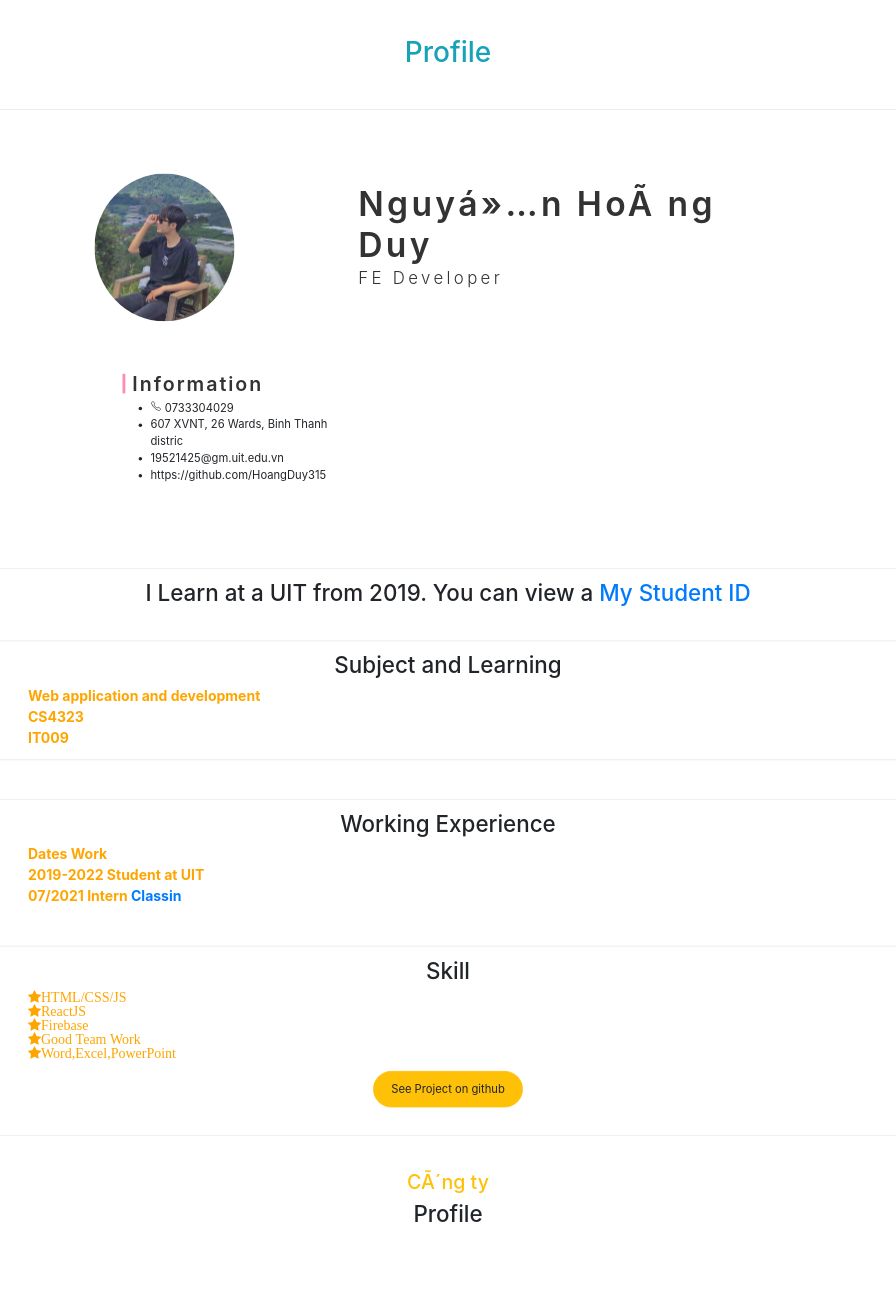
Repository: HoangDuy315/HW_TVK
Page: cv.html
The author's editor kept a copy of each file at every save. The page is drawn from the files as they stood at one save, then again after the next save.
The browser window is 1280 px wide. The pictures show the whole page, at 70% of full size.

Above is the page before, as saved 2022-09-25 18:28:14.

### cv.html
<html>
    <head>
        <title>GnahYuD</title>
        <link rel="SHORTCUT ICON" href="images/cormen-tiny.jpg">
        <script charset="utf-8" src="https://platform.twitter.com/js/button.c6c95b9789db97ea1e9742d215fff751.js"></script>
        <link rel="stylesheet" href="cv.css">
        <link rel="stylesheet" href="https://cdnjs.cloudflare.com/ajax/libs/font-awesome/4.7.0/css/font-awesome.min.css">
        <link rel="stylesheet" href="https://cdn.jsdelivr.net/npm/bootstrap@4.6.2/dist/css/bootstrap.min.css" integrity="sha384-xOolHFLEh07PJGoPkLv1IbcEPTNtaed2xpHsD9ESMhqIYd0nLMwNLD69Npy4HI+N" crossorigin="anonymous">
    </head>
    <body text="#000068" link="#060FDF" vlink="#060FDF" alink="#DC24C5">
    <section id="Profile">
        <div class="container">
            <div class="row">
                <div class="col-12 text-center">
                    <h1 class="text-info fw-bold">Profile</h3>
                </div>
            </div>
    </section>
    <hr>
    <div class="bdy">
        <div class="container">
            <div class="top">
                <div class="imgbx">
                    <div class="box">
                        <img src="/123.JPG" class="duy" alt="">
                    </div>
                </div>
                <div class="profile">
                    <h3>Nguyễn Hoàng Duy<br><span>FE Developer</span></h3>
                </div>
            </div>
            <div class="contentBox">
                <div class="leftSide">
                    <h3>Information</h3>
                    <ul>
                        <li>
                            <span class="icon"><ion-icon name="call-outline"></ion-icon></span>
                            <span class="text">0733304029</span>
                        </li>
                        <li>
                            <span class="icon"></span>
                            <span class="text">607 XVNT, 26 Wards, Binh Thanh distric</span>
                        </li>
                        <li>
                            <span class="icon"></span>
                            <span class="text">19521425@gm.uit.edu.vn</span>
                        </li>
                        <li>
                            <span class="icon"></span>
                            <span class="text">https://github.com/HoangDuy315</span>
                        </li>
                    </ul>
                </div>
                <div class="rightSide"></div>
            </div>
        </div>
    </div>

    <hr class="ms-5">
        <h2 class="yud">I Learn at a UIT from 2019.  You can view a <a href="https://student.uit.edu.vn/">My Student ID</a></h2>
    </hr>
    <br>
    <hr>
        <h2 class="hi">Subject and Learning</h2>
        <ul class="fs">
            <li >Web application and development</li>
            <li >CS4323</li>
            <li >IT009</li>
        </ul>

    <hr>
    <br>
    <hr>
        <h2 class="yud">Working Experience</h2>
        <ul class="fs">
            <li>Dates Work</li>
            <li>2019-2022 Student at UIT</li>
            <li>07/2021 Intern  <a href="https://www.classin.com/">Classin</a></li>
        </ul>
    </hr>
    <br>
    <hr>
        <h2 class="yud">Skill</h2>
        <ul class="fs">
            <li class="fa fa-star checked">HTML/CSS/JS</li><br>
            <li class="fa fa-star checked">ReactJS</li><br>
            <li class="fa fa-star checked">Firebase</li><br>
            <li class="fa fa-star checked">Good Team Work</li><br>
            <li class="fa fa-star checked">Word,Excel,PowerPoint</li>
        </ul>
        <div class="text-center">
            <button type="button" class="btn btn-warning rounded-pill"><a class="btn btn-warning fw-bold  " href="https://github.com/HoangDuy315">See Project on github</a></button>
        </div>
    </hr>
    <br>
    <hr>
    <section id="about">
        <div class="container">
            <div class="row mb-5    ">
                <div class="col-12 text-center">
                    <h3 class="text-warning">Công ty</h3>
                    <h2 class="display-5 fw-bold">Profile</h2>
                </div>
            </div>
            <div class="row">


    </section>
    <script type="module" src="https://unpkg.com/ionicons@5.5.2/dist/ionicons/ionicons.esm.js"></script>
    <script nomodule src="https://unpkg.com/ionicons@5.5.2/dist/ionicons/ionicons.js"></script>

</body>
</html>

### cv.css
body {
    background: rgb(219, 224, 172);
}

.bdy {
    display: flex;
    justify-content: center;
    align-items: center;
}

.container {
    position: relative;
    width: 100%;
    max-width: 1000px;
    background: #fff;
    margin: 50px;
    /* box-shadow: 0 50px 70px rgba(0, 0, 0, 0.1); */
    border-left: 50px solid #fff;
    border-right: 50px solid #fff;

}

.container .top {
    position: relative;
    display: grid;
    grid-template-columns: 1fr 2fr;
}

.container .top .imgbx {
    position: relative;
    width: 100%;
    display: flex;
    align-items: center;
}

.container .top .imgbx .box {
    position: relative;
    width: 70%;
    min-width: 200px;
    border-radius: 50%;
}

.container .contentBox {
    position: relative;
    display: grid;
    grid-template-columns: 1fr 2fr;
    padding: 0 40px 40px;
    margin-top: 50px;
}

.container .contentBox h3 {
    border-left: 4px solid #ff8bb3;
    padding-left: 10px;
    line-height: 1em;
    font-weight: 600;
    color: #333;
    letter-spacing: 0.1em;
}

.duy {
    color: blue;
    position: relative;
    width: 70%;
    min-width: 200px;
    border-radius: 50%;
    overflow: hidden;
}

.container .top .profile {
    position: relative;
    padding: 40px;
    display: flex;
    align-items: center;
}

.container .top .profile h3 {
    font-size: 3em;
    letter-spacing: 0.1em;
    line-height: 1.2em;
    font-weight: 600;
    color: #333;
}

.container .top .profile h3 span {
    position: relative;
    font-size: 0.5em;
    font-weight: 300;
    top: -10px;
}

.checked {
    color: orange;
}

.yud {
    text-align: center;
}

.yud .li {
    text-align: center;
}

.hi {

    text-align: center;
}

.fs {
    font-size: 20px;
    list-style: none;
    font-family: "Roboto" sans-serif;
    font-weight: bold;
    color: orange;
}

.detail {
    padding: 5px;
}

.name {
    text-align: center;
}

After the next save:
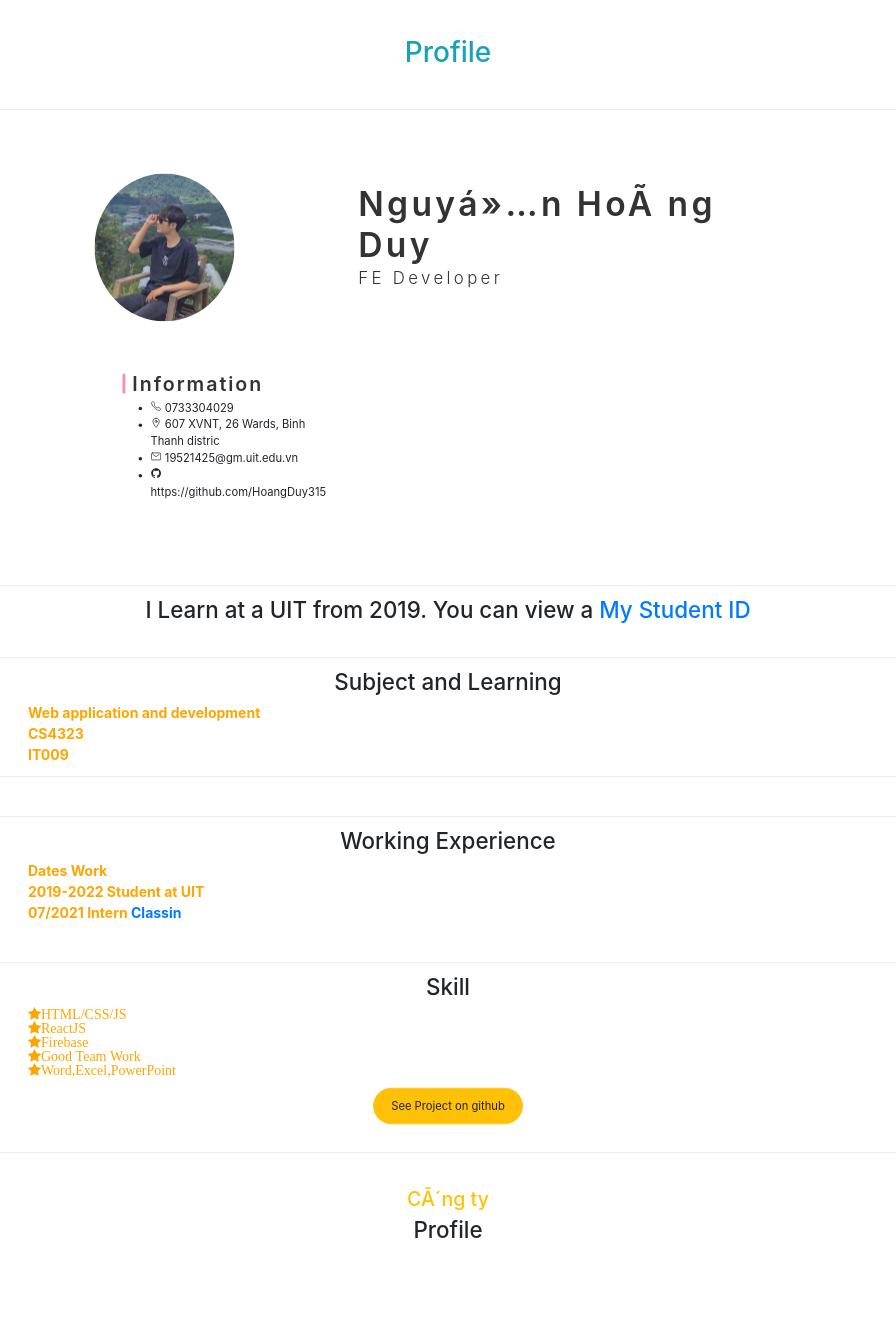
Saved 78 s later.
--- a/cv.html
+++ b/cv.html
@@ -38,15 +38,15 @@
                             <span class="text">0733304029</span>
                         </li>
                         <li>
-                            <span class="icon"></span>
+                            <span class="icon"><ion-icon name="location-outline"></ion-icon></span>
                             <span class="text">607 XVNT, 26 Wards, Binh Thanh distric</span>
                         </li>
                         <li>
-                            <span class="icon"></span>
+                            <span class="icon"><ion-icon name="mail-outline"></ion-icon></span>
                             <span class="text">19521425@gm.uit.edu.vn</span>
                         </li>
                         <li>
-                            <span class="icon"></span>
+                            <span class="icon"><ion-icon name="logo-github"></ion-icon></span>
                             <span class="text">https://github.com/HoangDuy315</span>
                         </li>
                     </ul>
